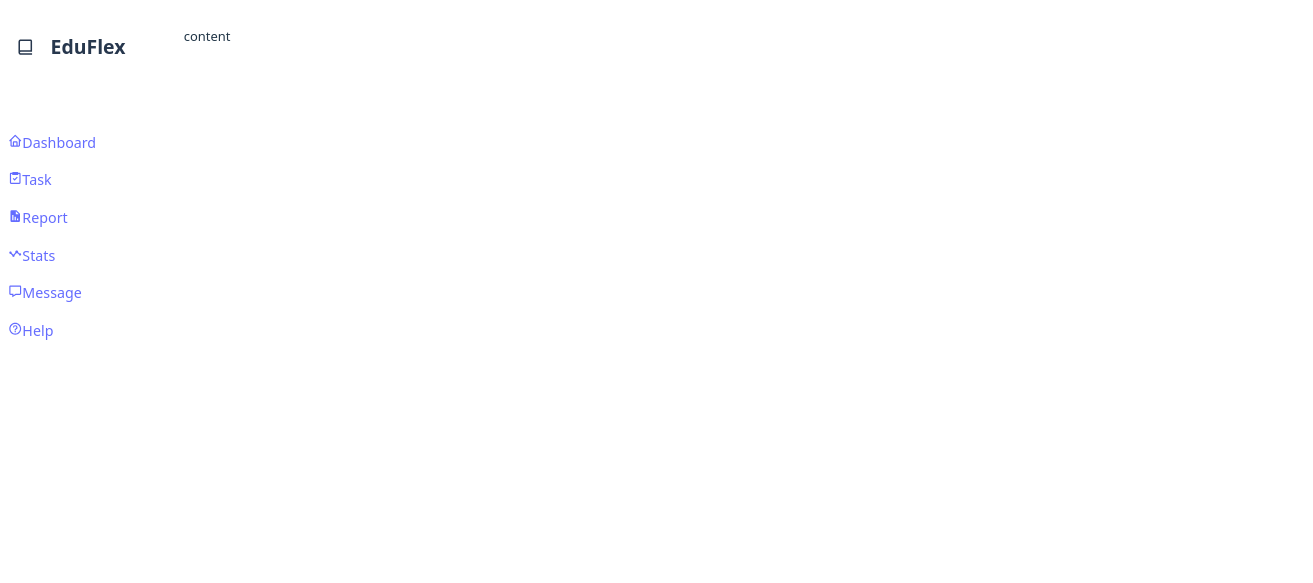
Repository: gogg23/react-dash
Page: /
The author's editor kept a copy of each file at every save. The page is drawn from the files as they stood at one save, then again after the next save.
The browser window is 1280 px wide. The page is 1280 px wide, then 1621 px, so the pictures cover 1621 px, including what lies to the right of the window. The pictures show the whole page, at 81% of full size.
The project was rebuilt for these pictures with package versions that can differ from the ones it lists, and the page was loaded fresh each time. Also part of the build but not shown: vite.config.js.

Above is the page before, as saved 2025-03-29 17:18:39.

### index.html
<!DOCTYPE html>
<html lang="en">
  <head>
    <meta charset="UTF-8" />
    <link rel="icon" type="image/svg+xml" href="/vite.svg" />
    <meta name="viewport" content="width=device-width, initial-scale=1.0" />
    <title>React Dashboard</title>
  </head>
  <body>
    <div id="root"></div>
    <script type="module" src="/src/main.jsx"></script>
  </body>
</html>

### src/App.jsx
import React from 'react';
import Sidebar from './components/Sidebar';
import Content from './components/Content';
import Profile from './components/Profile';
import './App.css';

const App = () => {
  return (
    <div className='dashboard'>
      <Sidebar />
      <div className='dashboard--content'>
        <>
          <Content />
          <Profile />
        </>
      </div>
    </div>
  );
};

export default App;

### src/components/Sidebar.jsx
import React from 'react';
import {
  BiHome,
  BiBookAlt,
  BiTask,
  BiMessage,
  BiSolidReport,
  BiStats,
  BiHelpCircle,
  BiTaskX,
} from 'react-icons/bi';
import '../styles/Sidebar.css';
const Sidebar = () => {
  return (
    <div className='menu'>
      <div className='logo'>
        <BiBookAlt className='logo-icon' />
        <h2>EduFlex</h2>
      </div>

      <div className='menu--list'>
        <a href='' className='item'>
          <BiHome />
          Dashboard
        </a>
        <a href='' className='item'>
          <BiTask />
          Task
        </a>
        <a href='' className='item'>
          <BiSolidReport />
          Report
        </a>
        <a href='' className='item'>
          <BiStats />
          Stats
        </a>
        <a href='' className='item'>
          <BiMessage />
          Message
        </a>
        <a href='' className='item'>
          <BiHelpCircle />
          Help
        </a>
      </div>
    </div>
  );
};

export default Sidebar;

### src/components/Content.jsx
import React from 'react';

function content() {
  return <div>content</div>;
}

export default content;

### src/components/Profile.jsx
import React from 'react';
import ProfileHeader from './profileHeader.jsx';
import '../styles/profile.css';

const Profile = () => {
  return (
    <div className='profile'>
      <ProfileHeader />
    </div>
  );
};

export default Profile;

### src/App.css
.dashboard {
  display: flex;
  gap: 20px;
}

.dashboard--content {
  background: #fff;
  flex: 1;
  border-radius: 20px;
  padding: 2rem;
  display: flex;
  gap: 1.5rem;
  justify-content: space-between;
}

### src/styles/sidebar.css
.sidebar {
  background-color: #dde6ed; /* Adjust to match your desired grey */
  width: 250px; /* Ensure proper width */
  height: 100vh; /* Full height */
  padding: 20px;
}

/* Menu container */
.menu {
  display: flex;
  flex-direction: column;
  gap: 2.3rem;
  height: 94vh;
}

/* Logo styles */
.logo {
  text-align: center;
  padding: 20px;
  color: #27374d;
  align-items: center;
  display: flex;
  gap: 20px;
}

.logo-icon {
  font-size: 1.4rem;
}

/* Menu items */
.menu--list {
  display: flex;
  flex-direction: column;
  gap: 20px;
  font-size: 1.1rem;
  text-decoration: none;
  font-weight: 600;
  padding: 10px;
  border-radius: 10px;
  transition: 0.3s ease-in-out;
  color: #27374d;
}

/* Menu item hover effect */
.menu--list .item:hover,
.active {
  background-color: #27374d;
  color: #dde6ed !important;
}

### src/components/profileHeader.jsx
import React from 'react';

const profileHeader = () => {
  return (
    <div>
      <div className='header--title'></div>
    </div>
  );
};

export default profileHeader;

### src/styles/profile.css
.profile {
  flex: 1;
}
.profile--header {
  display: flex;
  justify-content: space-between;
  align-items: center;
}
.edit {
  background: #dde6ed;
  padding: 12px;
  border-radius: 10px;
  color: #939393;
  display: flex;
  justify-content: center;
}

.edit .icon {
  font-size: 20px;
  transition: 0.5s ease-in-out;
}

Loaded but not shown: src/main.jsx (common file); src/index.css (common file)

After the next save:
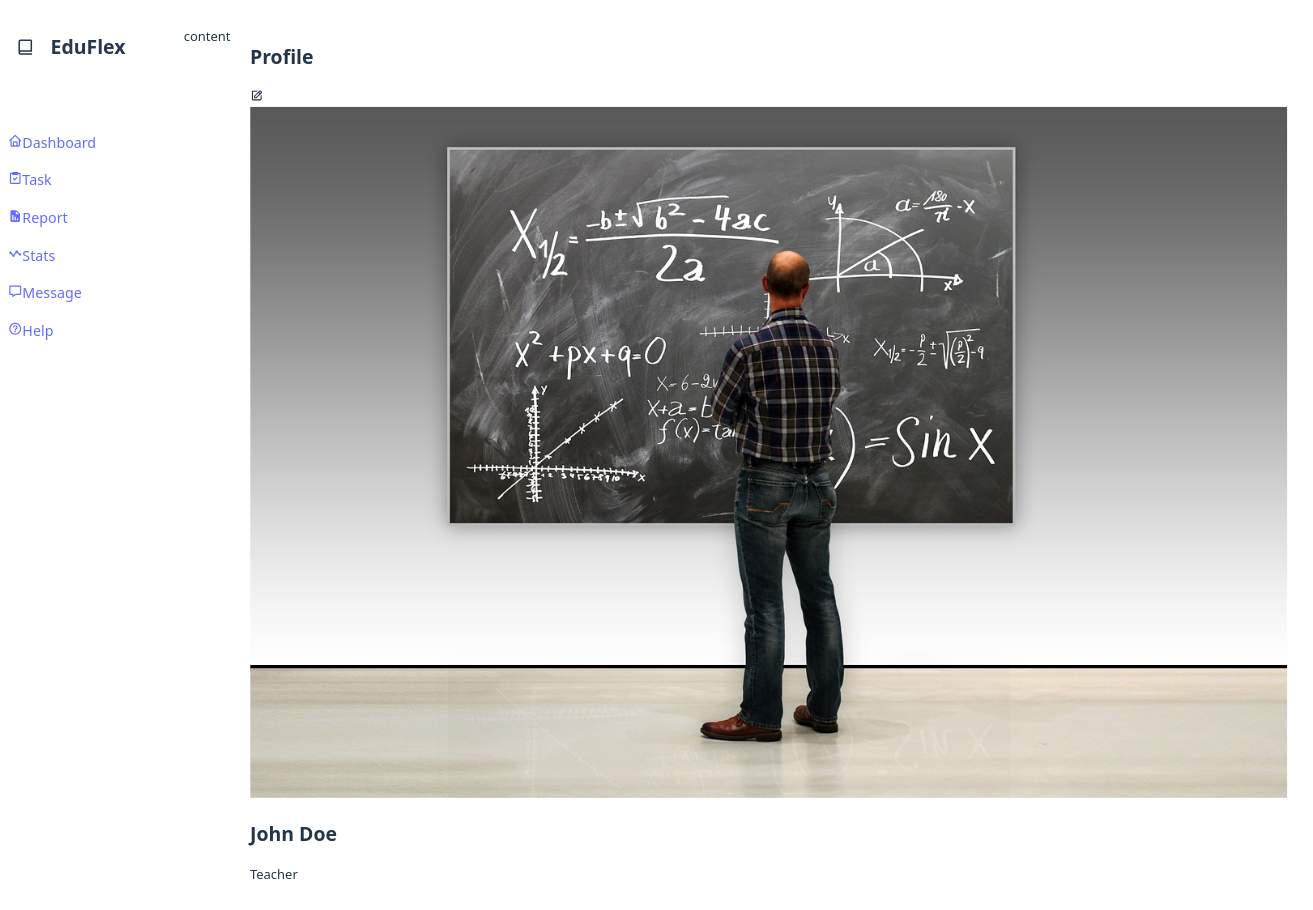
Saved 69 s later.
--- a/src/components/Profile.jsx
+++ b/src/components/Profile.jsx
@@ -1,13 +1,24 @@
 import React from 'react';
-import ProfileHeader from './profileHeader.jsx';
-import '../styles/profile.css';
+import { BiEdit } from 'react-icons/bi';
+import '../styles/profileHeader.css';
+import Image1 from '../assets/images/Image1.jpg';
 
-const Profile = () => {
+const ProfileHeader = () => {
   return (
-    <div className='profile'>
-      <ProfileHeader />
+    <div>
+      <h2 className='header--title'>Profile</h2>
+      <div className='edit'>
+        <BiEdit className='icon' />
+        <div className='user--profile'>
+          <div className='user--detail'>
+            <img src={Image1} alt='' />
+            <h2 className='user--name'>John Doe</h2>
+            <span className='profession'>Teacher</span>
+          </div>
+        </div>
+      </div>
     </div>
   );
 };
 
-export default Profile;
+export default ProfileHeader;
